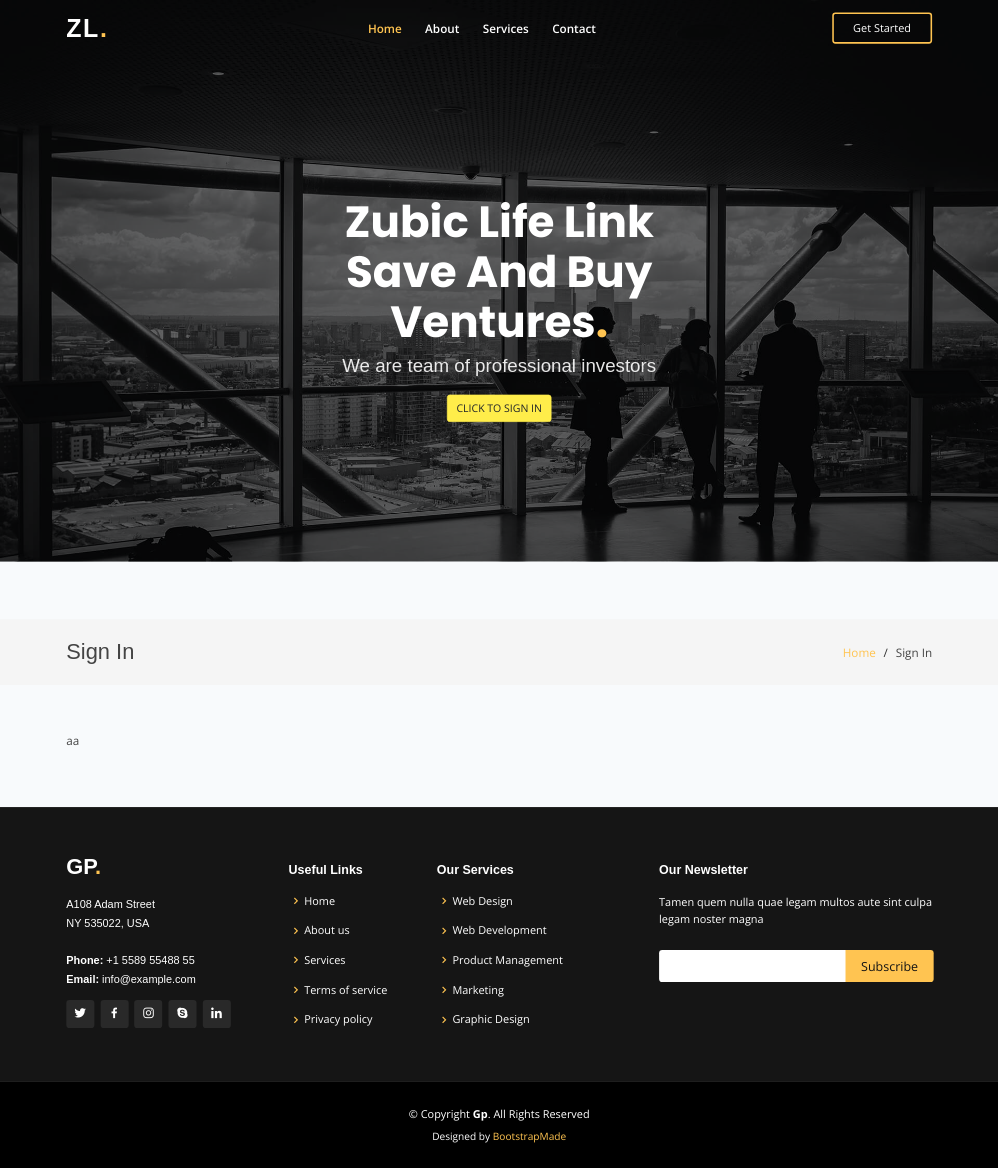
Repository: seyicoded/Zubi-Life-Ventures
Page: http://localhost/safelock
These files come from the project's save history. The page is drawn as it stood at one moment and after the next save; the edit follows.
The browser window is 1280 px wide. The pictures show the whole page, at 78% of full size.
Backgrounds fixed to the window are drawn as part of the page. Some web fonts or font styles are not loaded; a fallback is used. The page is served by the project's Laravel application, run on PHP 8.4 with Laravel 8. The database holds what the project's SQL file puts in it.

Above is the page before, as saved 2021-11-11 15:02:10.

After the next save:
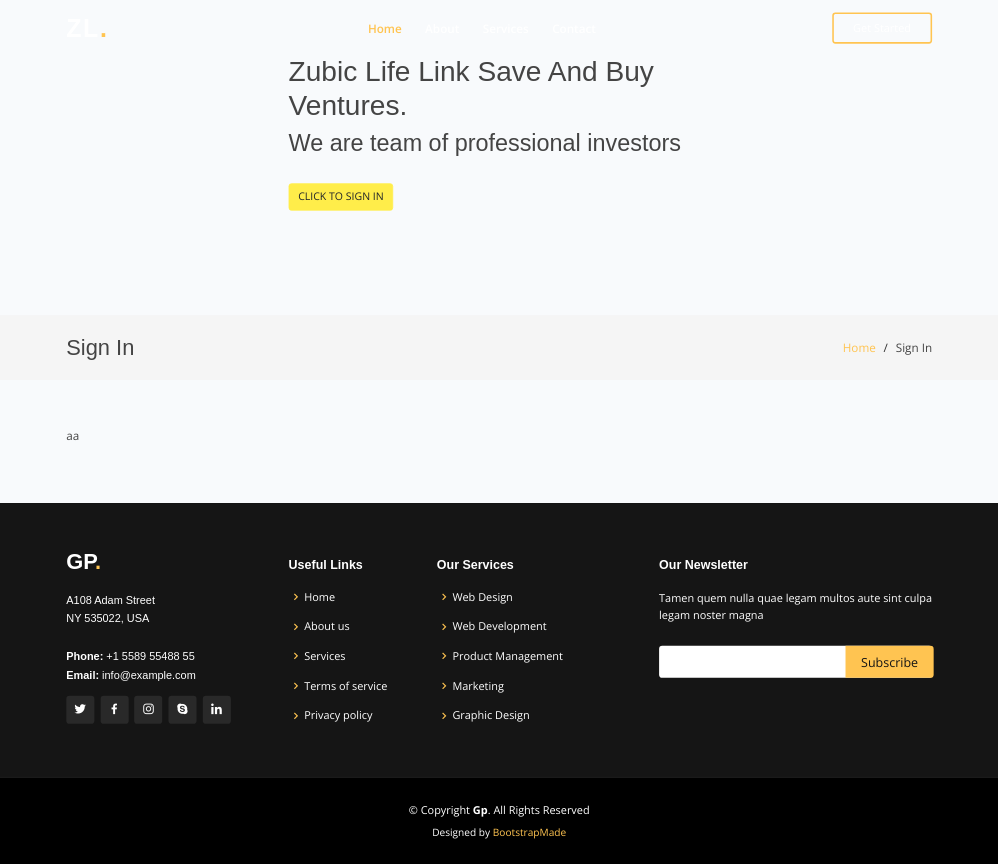
Saved 31 h 37 min later.
--- a/resources/views/user/category.blade.php
+++ b/resources/views/user/category.blade.php
@@ -2,7 +2,7 @@
 
 @section('content')
     <!-- ======= Hero Section ======= -->
-  <section id="hero" class="d-flex align-items-center justify-content-center">
+  <section id="heroa" class="d-flex align-items-center justify-content-center">
     <div class="container" data-aos="fade-up">
 
       <div class="row justify-content-center" data-aos="fade-up" data-aos-delay="150">

After the save that followed:
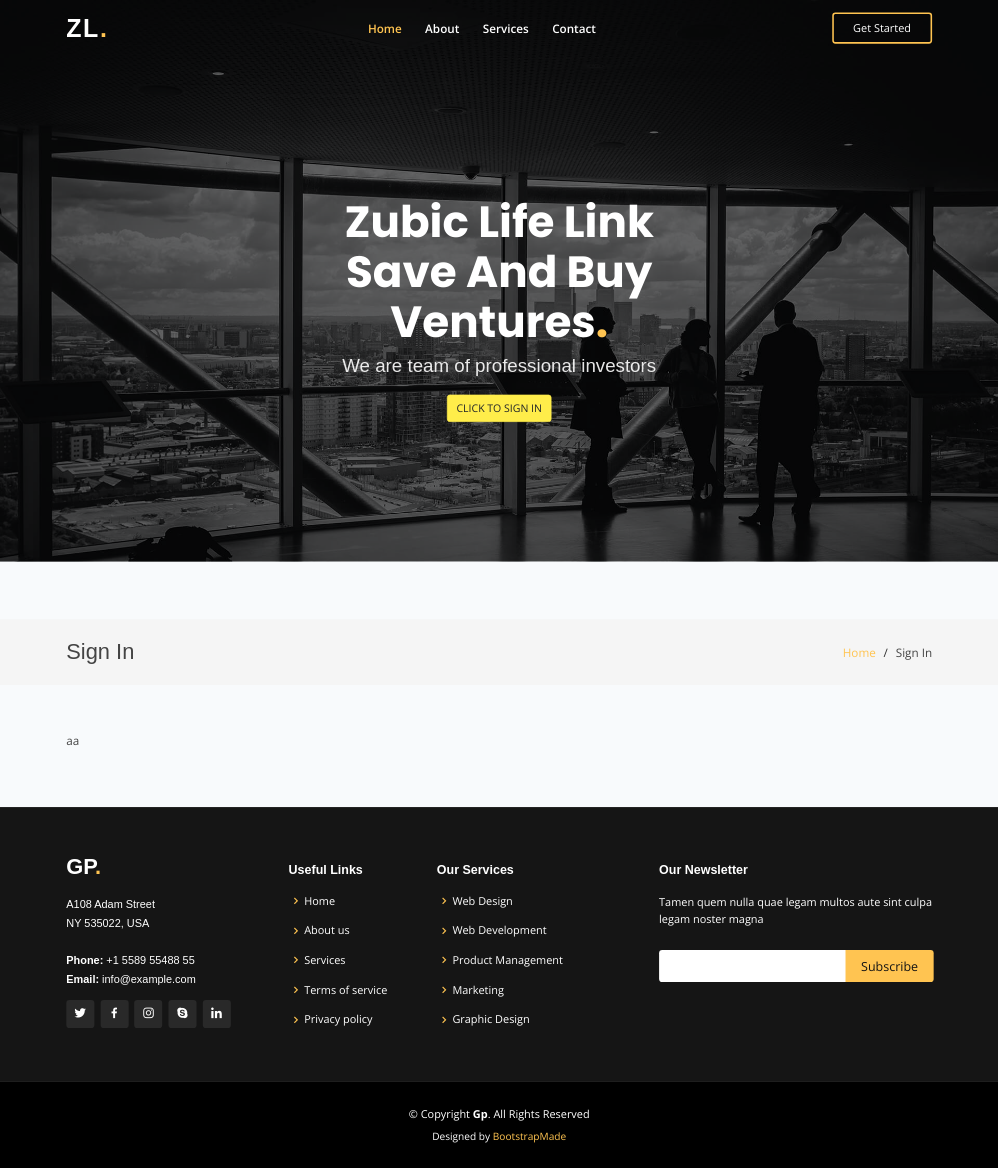
Saved 7 s later.
--- a/resources/views/user/category.blade.php
+++ b/resources/views/user/category.blade.php
@@ -2,7 +2,7 @@
 
 @section('content')
     <!-- ======= Hero Section ======= -->
-  <section id="heroa" class="d-flex align-items-center justify-content-center">
+  <section id="hero" class="d-flex align-items-center justify-content-center">
     <div class="container" data-aos="fade-up">
 
       <div class="row justify-content-center" data-aos="fade-up" data-aos-delay="150">
